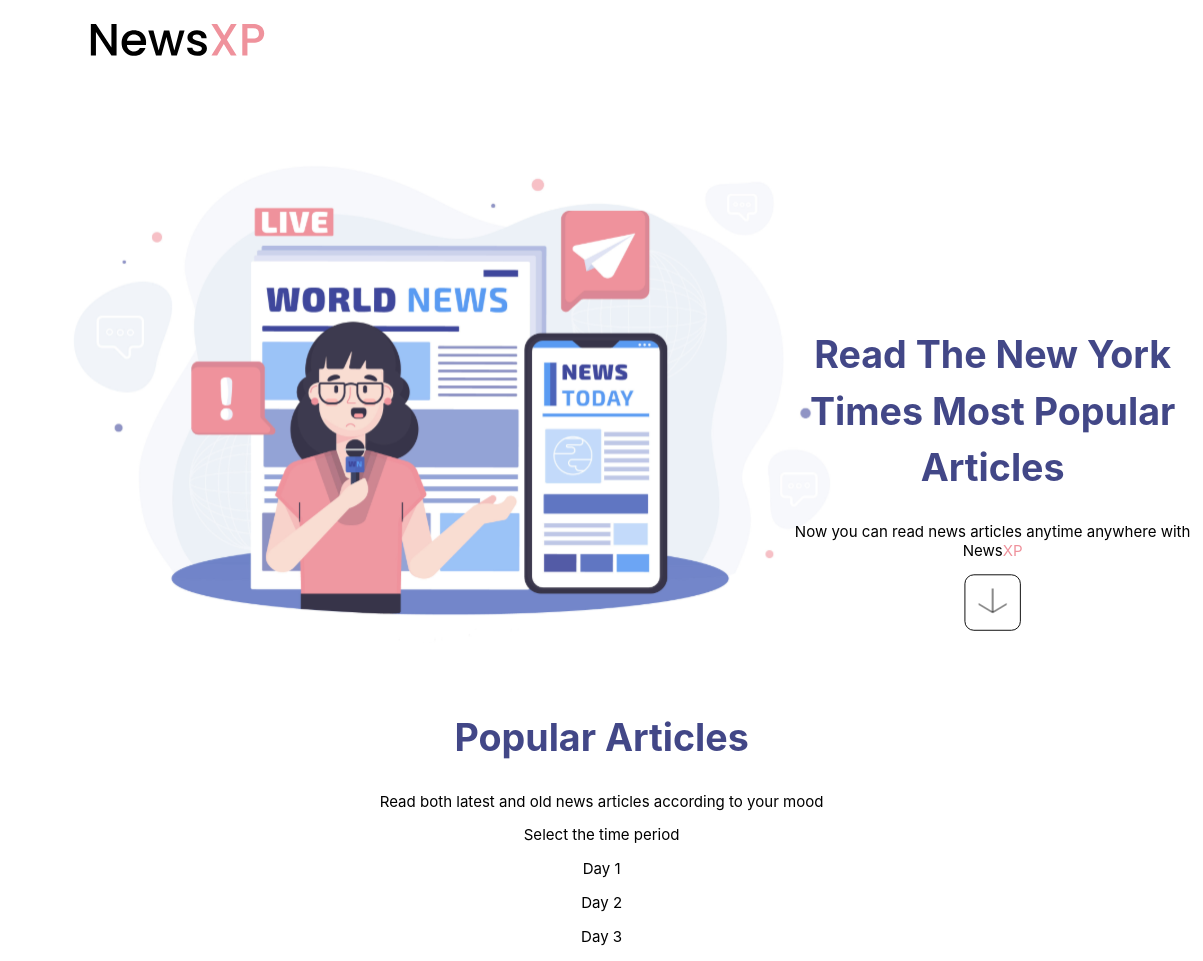
Repository: vishalsinghhh/NewsXP
Page: /
These files come from the project's save history. The page is drawn as it stood at one moment and after the next save; the edit follows.
The browser window is 1280 px wide. The pictures show the whole page, at 94% of full size.
The project was rebuilt for these pictures with package versions that can differ from the ones it lists, and the page was loaded fresh each time. Imported but missing from the stored project, and not drawn on this page: src/pages/Error.

Above is the page before, as saved 2021-08-20 11:14:35.

### src/App.js
import React from "react";
import { BrowserRouter as Router, Route, Switch } from "react-router-dom";
// import pages
import Home from "./pages/Home";
import Error from "./pages/Error";
// import components
import Navbar from "./components/Navbar"
import Footer from "./components/Footer"

function App() {
  return (
    <div>
      <Router>
        <Navbar />
        <Switch>
          <Route exact path="/">
            <Home />
          </Route>
          <Route path="*">
            <Error />
          </Route>
        </Switch>
        <Footer/>
      </Router>
    </div>
  );
}

export default App;

### src/pages/Home.jsx
import React from 'react'
import hero from '../images/hero.svg'
import arrow from '../images/arror.svg'
import './pages.css'

const Home = () => {
    return (
      <main>
        <div className="hero">
          <div className="hero-center">
            <div className="hero-info">
              <h1>Read The New York Times Most Popular Articles</h1>
              <p>
                Now you can read news articles anytime anywhere with News
                <span className="xp">XP</span>
              </p>
              <button className="btn">
                <img src={arrow} alt="arrow" className="arrow" />
              </button>
            </div>
            <div className="hero-images">
              <img src={hero} alt="hero" className="hero-img" />
            </div>
          </div>
        </div>
        <div className="news">
          <div className="news-center">
            <div className="news-info">
              <h1 className="news-title">Popular Articles</h1>
              <div className="underline"></div>
              <p>
                Read both latest and old news articles according to your mood
              </p>
              <p>Select the time period</p>
              <div className="days">
                <div className="day1"><p>Day 1</p></div>
                <div className="day2"><p>Day 2</p></div>
                <div className="day3"><p>Day 3</p></div>
              </div>
              <div className="news-cards">
              </div>
            </div>
          </div>
        </div>
      </main>
    );
}

export default Home

### src/components/Navbar.js
import React from 'react'
import { Link } from "react-router-dom";
import logo from '../images/logo.svg';
import './Components.css';

const Navbar = () => {
    return (
        <nav className="nav">
            <div className="nav-center">
                <Link to='/'>
                    <img src={logo} alt="logo" className="logo" />
                </Link>
            </div>
        </nav>
    )
}

export default Navbar

### src/components/Footer.js
import React from 'react'

const Footer = () => {
    return (
        <div>
            {/* <h1>Footer</h1> */}
        </div>
    )
}

export default Footer

### src/pages/pages.css
.btn {
  /* Rectangle 1 */

  /* position: absolute; */
  width: 60px;
  height: 60px;
  left: 1113px;
  top: 512px;

  background: #ffffff;
  border: 1px solid #000000;
  box-sizing: border-box;
  border-radius: 10px;
}

.hero::before {
  content: "";
  position: absolute;
  width: 100%;
  height: 65%;
  top: 0;
  left: 0;
}
.hero {
  position: relative;
  min-height: 100vh;
  margin-top: -5rem;
  margin-left: 2rem;
  display: grid;
  grid-template-columns: 1fr;
  /* justify-items: center; */
}
.hero-center {
  width: 90vw;
  max-width: var(--max-width);
  display: grid;
  align-items: center;
}
.hero-img {
  /* position: relative; */
  z-index: -1;
  margin-top: 10%;
}
.hero-info {
  position: absolute;
  text-transform: none;
  margin-left: 50rem;
  margin-top: 16rem;
  text-align: center;
}
.hero-info h1 {

  max-width: 1500px;
  font-size: 2.5rem;
  letter-spacing: 3%;
  line-height: 150%;
  color: #424787;
}
.xp{
    color: #EF929C;
}
.btn{
    cursor: pointer;
}
.btn:hover{
    background: #EF929C;
    transition: all 0.7s ease;
}
.arrow{
    animation: bounce 2s infinite;
}
@keyframes bounce {
  0%, 20%, 50%, 80%, 100% {
    transform: translateY(0);
  }
  40% {
    transform: translateY(-25px);
  }
  60% {
    transform: translateY(-10px);
  }
}


/* *******Popular Articles*********  */
/* .news{
  position: absolute;
  justify-content: center;
  align-items: center;
} */
.news{
  display: flex;
  justify-content: center;
  text-align: center;
}
.news-title{
  max-width: 1500px;
  font-size: 2.5rem;
  letter-spacing: 3%;
  line-height: 150%;
  color: #424787;
}
.underline {
  width: 5rem;
  height: 0rem;
  background: #EF929C;
  margin-left: auto;
  margin-right: auto;
}

### src/components/Components.css
:root {

  --transition: all 0.3s linear;
  --spacing: 0.1rem;
  --radius: 0.25rem;
  --light-shadow: 0 5px 15px rgba(0, 0, 0, 0.1);
  --dark-shadow: 0 5px 15px rgba(0, 0, 0, 0.2);
  --max-width: 1170px;
  --fixed-width: 620px;
}
.nav {
  height: 5.5rem;
  display: flex;
  align-items: center;
  justify-content: center;
  background: transparent;
  position: relative;
  z-index: 1;
}
.nav-center {
  width: 85vw;
  /* max-width: var(--max-width); */
}

Loaded but not shown: public/index.html (common file); src/index.js (common file); src/index.css (common file)

After the next save:
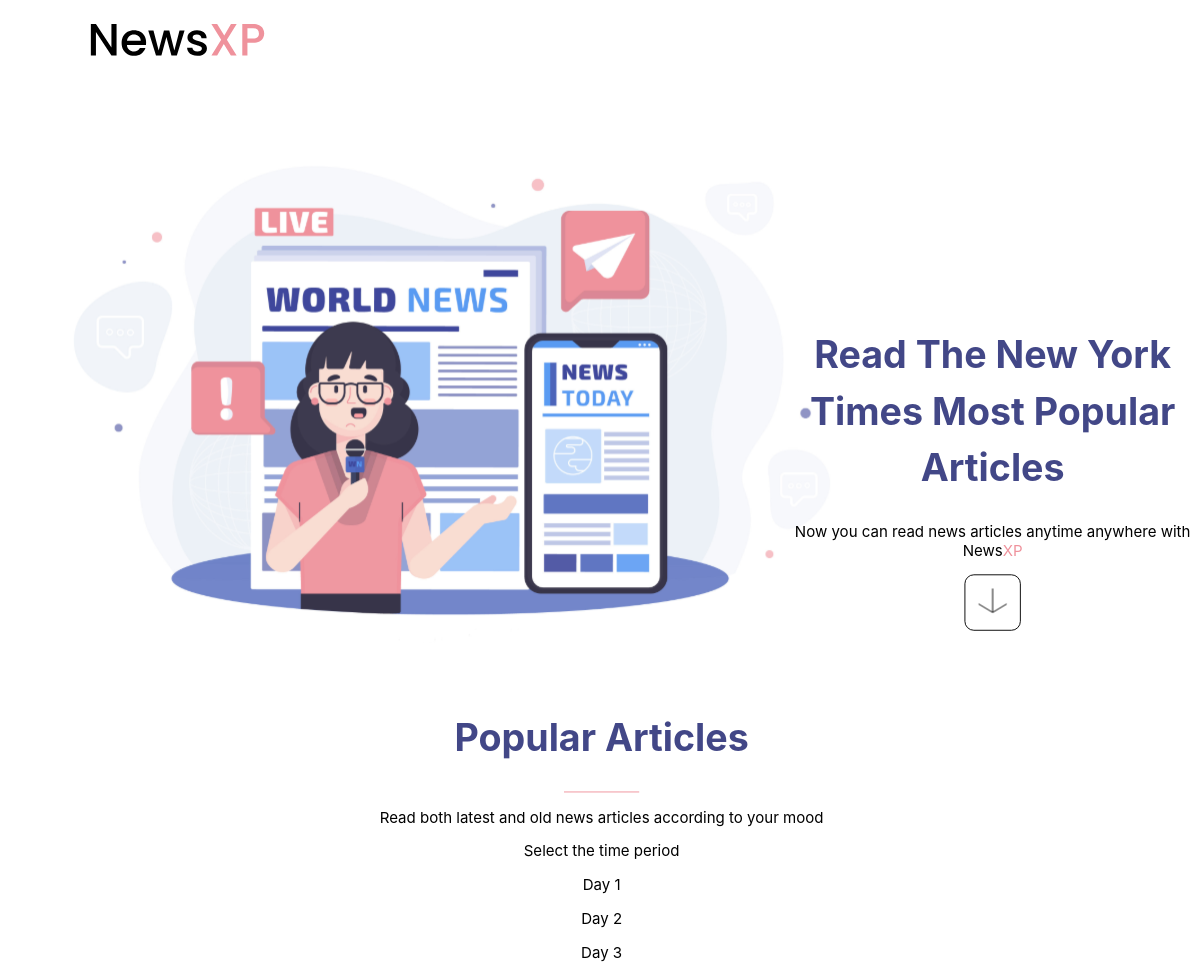
Saved 4 s later.
--- a/src/pages/pages.css
+++ b/src/pages/pages.css
@@ -102,7 +102,7 @@
 }
 .underline {
   width: 5rem;
-  height: 0rem;
+  height: 0.1rem;
   background: #EF929C;
   margin-left: auto;
   margin-right: auto;
